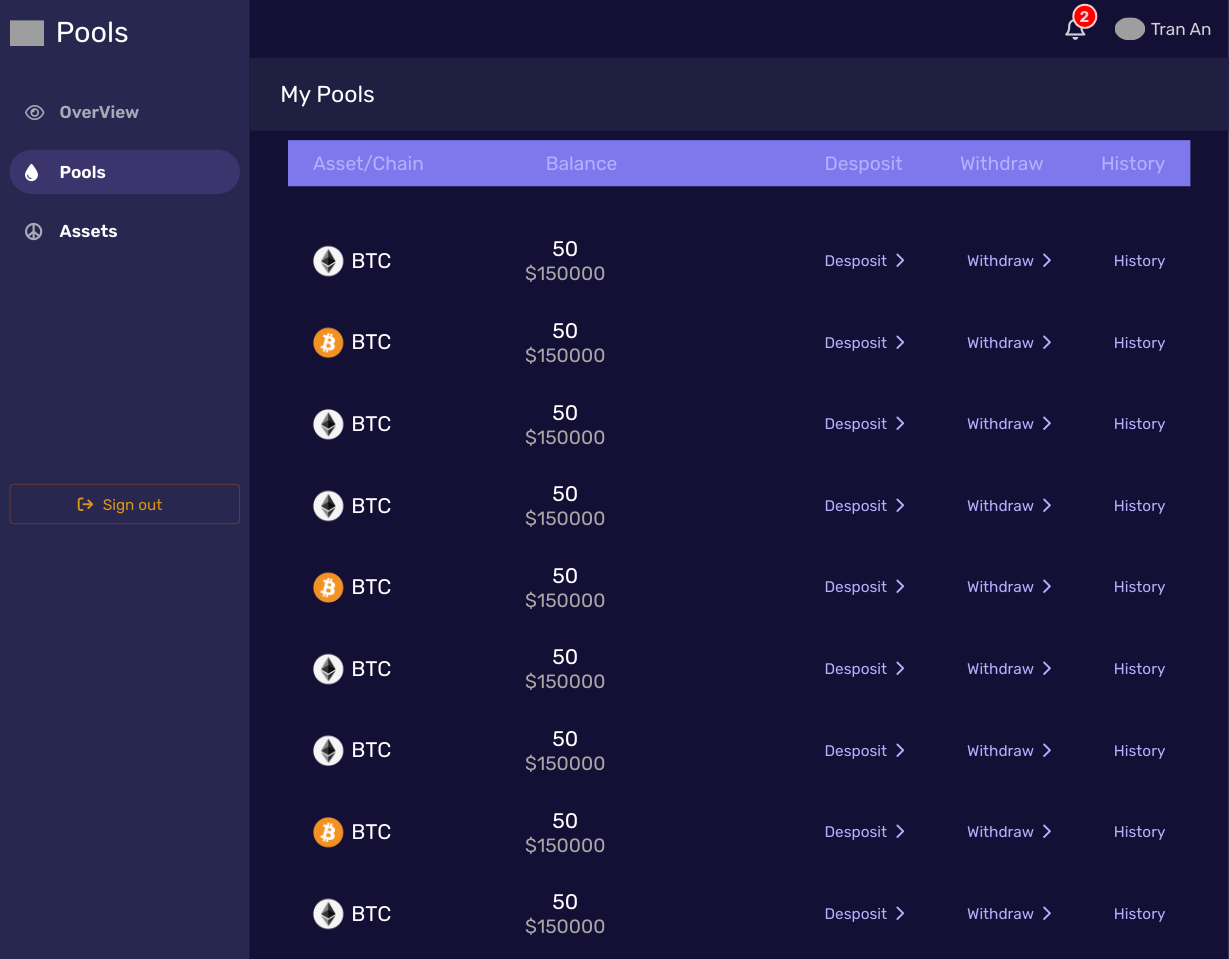
Repository: quynh232000/pools
Page: index.html
An editor plug-in stored every save of this project. The page is shown before and after the next save, followed by the edit.
The browser window is 1280 px wide. The pictures show the whole page, at 96% of full size.
The pointer rests on the first visible `.content-nav`.
Pictures or frames that could not be fetched are drawn as grey boxes.

Above is the page before, as saved 2023-07-13 22:32:43.

### index.html
<!DOCTYPE html>
<html lang="en">
  <head>
    <meta charset="UTF-8" />
    <meta name="viewport" content="width=device-width, initial-scale=1.0" />
    <title>Document</title>

    <link rel="stylesheet" href="./src/css/base.css" />
    <link rel="stylesheet" href="./src/css/style.css" />
    <link
      rel="stylesheet"
      href="https://cdnjs.cloudflare.com/ajax/libs/font-awesome/6.4.0/css/all.min.css"
      integrity="sha512-iecdLmaskl7CVkqkXNQ/ZH/XLlvWZOJyj7Yy7tcenmpD1ypASozpmT/E0iPtmFIB46ZmdtAc9eNBvH0H/ZpiBw=="
      crossorigin="anonymous"
      referrerpolicy="no-referrer"
    />
  </head>
  <body>
    <div class="container">
      <div class="sidebar">
        <div class="sidebar-logo">
          <img src="https://sef-eco.vercel.app/assets/images/logo.png" alt="" />
          <span>Pools</span>
        </div>
        <div class="sidebar-items">
          <div class="sidebar-list">
            <div class="sidebar-item">
              <i class="fa-regular fa-eye"></i>
              <div class="sidebar-item-name">OverView</div>
            </div>
            <div class="sidebar-item sidebar-item-active">
              <i class="fa-solid fa-droplet"></i>
              <a href="/pool.html" class="sidebar-item-name">Pools</a>
            </div>
            <div class="sidebar-item">
              <i class="fa-solid fa-peace"></i>
              <a href="/index.html" class="sidebar-item-name">Assets</a>
            </div>
          </div>

          <div class="sidebar-sign-out">
            <i class="fa-solid fa-arrow-right-from-bracket"></i>
            <div class="sidebar-item-name">Sign out</div>
          </div>
        </div>
      </div>
      <div class="content">
        <div class="header">
          <div class="header-noti">
            <i class="fa-regular fa-bell"></i>
            <div class="header-noti-count">2</div>
          </div>
          <div class="header-user">
            <img
              src="https://static.vecteezy.com/system/resources/previews/002/002/257/original/beautiful-woman-avatar-character-icon-free-vector.jpg"
              alt=""
            />
            <div class="header-user-name">Tran An</div>
          </div>
        </div>
        <!-- body -->
        <div class="content-title">My Pools</div>
        <div class="content-body">
          <div class="content-list">
            <!-- nav -->
            <div class="content-nav">
              <div class="nav-left">
                <div class="nav-left-info">
                  <div class="nav-left-name nav-text">Asset/Chain</div>
                </div>
                <div class="nav-left-balance">
                  <span class="nav-text">Balance</span>
                </div>
                <!-- Coin name -->
              </div>
              <div class="nav-right">
                <span class="nav-text">Desposit </span>
                <span class="nav-text">Withdraw </span>
                <span class="nav-text">History</span>
              </div>
            </div>

            <div class="content-list-body">
              <div class="content-nav">
                <div class="nav-left">
                  <div class="nav-left-info">
                    <img src="./src/img/eth.png" alt="" />
                    <div class="nav-left-name">BTC</div>
                  </div>
                  <div class="nav-left-balance">
                    <span>50</span>
                    <span>$150000</span>
                  </div>
                  <!-- Coin name -->
                </div>
                <div class="nav-right">
                  <span
                    >Desposit <i class="fa-solid fa-chevron-right"></i
                  ></span>
                  <span
                    >Withdraw <i class="fa-solid fa-chevron-right"></i
                  ></span>
                  <span>History</span>
                </div>
              </div>
              <div class="content-nav">
                <div class="nav-left">
                  <div class="nav-left-info">
                    <img src="./src/img/btc (1).png" alt="" />
                    <div class="nav-left-name">BTC</div>
                  </div>
                  <div class="nav-left-balance">
                    <span>50</span>
                    <span>$150000</span>
                  </div>
                  <!-- Coin name -->
                </div>
                <div class="nav-right">
                  <span
                    >Desposit <i class="fa-solid fa-chevron-right"></i
                  ></span>
                  <span
                    >Withdraw <i class="fa-solid fa-chevron-right"></i
                  ></span>
                  <span>History</span>
                </div>
              </div>
              <div class="content-nav">
                <div class="nav-left">
                  <div class="nav-left-info">
                    <img src="./src/img/eth.png" alt="" />
                    <div class="nav-left-name">BTC</div>
                  </div>
                  <div class="nav-left-balance">
                    <span>50</span>
                    <span>$150000</span>
                  </div>
                  <!-- Coin name -->
                </div>
                <div class="nav-right">
                  <span
                    >Desposit <i class="fa-solid fa-chevron-right"></i
                  ></span>
                  <span
                    >Withdraw <i class="fa-solid fa-chevron-right"></i
                  ></span>
                  <span>History</span>
                </div>
              </div>
              <div class="content-nav">
                <div class="nav-left">
                  <div class="nav-left-info">
                    <img src="./src/img/eth.png" alt="" />
                    <div class="nav-left-name">BTC</div>
                  </div>
                  <div class="nav-left-balance">
                    <span>50</span>
                    <span>$150000</span>
                  </div>
                  <!-- Coin name -->
                </div>
                <div class="nav-right">
                  <span
                    >Desposit <i class="fa-solid fa-chevron-right"></i
                  ></span>
                  <span
                    >Withdraw <i class="fa-solid fa-chevron-right"></i
                  ></span>
                  <span>History</span>
                </div>
              </div>
              <div class="content-nav">
                <div class="nav-left">
                  <div class="nav-left-info">
                    <img src="./src/img/btc (1).png" alt="" />
                    <div class="nav-left-name">BTC</div>
                  </div>
                  <div class="nav-left-balance">
                    <span>50</span>
                    <span>$150000</span>
                  </div>
                  <!-- Coin name -->
                </div>
                <div class="nav-right">
                  <span
                    >Desposit <i class="fa-solid fa-chevron-right"></i
                  ></span>
                  <span
                    >Withdraw <i class="fa-solid fa-chevron-right"></i
                  ></span>
                  <span>History</span>
                </div>
              </div>
              <div class="content-nav">
                <div class="nav-left">
                  <div class="nav-left-info">
                    <img src="./src/img/eth.png" alt="" />
                    <div class="nav-left-name">BTC</div>
                  </div>
                  <div class="nav-left-balance">
                    <span>50</span>
                    <span>$150000</span>
                  </div>
                  <!-- Coin name -->
                </div>
                <div class="nav-right">
                  <span
                    >Desposit <i class="fa-solid fa-chevron-right"></i
                  ></span>
                  <span
                    >Withdraw <i class="fa-solid fa-chevron-right"></i
                  ></span>
                  <span>History</span>
                </div>
              </div>
              <div class="content-nav">
                <div class="nav-left">
                  <div class="nav-left-info">
                    <img src="./src/img/eth.png" alt="" />
                    <div class="nav-left-name">BTC</div>
                  </div>
                  <div class="nav-left-balance">
                    <span>50</span>
                    <span>$150000</span>
                  </div>
                  <!-- Coin name -->
                </div>
                <div class="nav-right">
                  <span
                    >Desposit <i class="fa-solid fa-chevron-right"></i
                  ></span>
                  <span
                    >Withdraw <i class="fa-solid fa-chevron-right"></i
                  ></span>
                  <span>History</span>
                </div>
              </div>
              <div class="content-nav">
                <div class="nav-left">
                  <div class="nav-left-info">
                    <img src="./src/img/btc (1).png" alt="" />
                    <div class="nav-left-name">BTC</div>
                  </div>
                  <div class="nav-left-balance">
                    <span>50</span>
                    <span>$150000</span>
                  </div>
                  <!-- Coin name -->
                </div>
                <div class="nav-right">
                  <span
                    >Desposit <i class="fa-solid fa-chevron-right"></i
                  ></span>
                  <span
                    >Withdraw <i class="fa-solid fa-chevron-right"></i
                  ></span>
                  <span>History</span>
                </div>
              </div>
              <div class="content-nav">
                <div class="nav-left">
                  <div class="nav-left-info">
                    <img src="./src/img/eth.png" alt="" />
                    <div class="nav-left-name">BTC</div>
                  </div>
                  <div class="nav-left-balance">
                    <span>50</span>
                    <span>$150000</span>
                  </div>
                  <!-- Coin name -->
                </div>
                <div class="nav-right">
                  <span
                    >Desposit <i class="fa-solid fa-chevron-right"></i
                  ></span>
                  <span
                    >Withdraw <i class="fa-solid fa-chevron-right"></i
                  ></span>
                  <span>History</span>
                </div>
              </div>
            </div>
          </div>
        </div>
      </div>
    </div>
  </body>
</html>

### src/css/base.css
@import url('https://fonts.googleapis.com/css2?family=Rubik:wght@300;400;500;600;700&display=swap');
 :root{
    --primary-color:#fff;
    --text-color:#fff;
    --bg-color:#140f34;
    --bg-item-color:#282750;

 }
*{
    box-sizing: inherit;
}
html,body{
    box-sizing: border-box;
    margin: 0;
    padding: 0;
    font-family: 'Rubik', sans-serif;
    color: var(--text-color);
}
a{
    color: white;
    text-decoration: none;
}

### src/css/style.css
.container{
    width: 100%;
    min-height: 100vh;
    background-color: var(--bg-color);
    display: flex;
}
.sidebar{
    width: 20%;
    min-width: 260px;
    max-width: 400px;
    display: flex;
    flex-direction: column;
    min-height: 100vh;
    background-color: var(--bg-item-color);
}
.sidebar-logo{
    display: flex;
    width: 100%;
    align-items: center;
    padding: 16px 10px;
}
.sidebar-logo img{
    width: 15%;
}
.sidebar-logo span{
    font-size: 30px;
    color: var(--primary-color);
    margin-left: 12px;

}
.sidebar-items{
    padding: 26px 10px;
    display: flex;
    flex-direction: column;
    justify-content: space-between;
    min-height: 70vh;
}
.sidebar-list{

}
.sidebar-item{
    font-size: 18px;
    display: flex;
    align-items: center;
    padding: 12px 16px;
    border-radius: 40px;
    color: rgb(255 255 255/.6);
    margin-bottom: 16px;
    font-weight: 600;
    transition: color .3s;
}
.sidebar-item:hover{
    cursor: pointer;
    color: rgb(255 255 255/.8);
}
.sidebar-item-active{
    background-color:#3c356d ;
    color: var(--text-color);
}
.sidebar-item i{
    min-width: 36px;
}
.sidebar-sign-out{
    display: flex;
    align-items: center;
    color: rgb(218, 149, 23);
    text-align: center;
    border: 1px solid rgba(202, 98, 12,.4);
    justify-content: center;
    padding-right: 10px;
    border-radius: 4px;
    transition: color border .3s;
}
.sidebar-sign-out:hover{
    cursor: pointer;
    color: rgb(253, 166, 5);
    border: 1px solid rgba(202, 98, 12,.5);
}
.sidebar-sign-out i{
    margin-right: 10px;
    padding: 12px 0;
}

.content{
    width: 85%;
    min-height: 100vh;
    /* background-color: var(--bg-color); */
}
.header{
    display: flex;
    justify-content: flex-end;
    padding: 18px;
    color: rgb(255 255 255/.8);
    align-items: center;
}
.header-user{
    display: flex;
    align-items: center;
    font-size: 18px;

}
.header-user img {
    width: 32px;
    border-radius: 50%;
    margin-right: 6px;
}
.header-noti{
    display: flex;
    margin-right: 30px;
    font-size: 20px;
    position: relative;
    font-size: 24px;
}
.header-noti-count{
    width: 26px;
    height: 26px;
    position: absolute;
    top: -14px;
    left: 7px;
    border: 2px solid  rgb(255 255 255/.8);
    text-align: center;
    border-radius: 50%;
    font-size: 16px;
    display: flex;
    align-items: center;
    justify-content: center;
    background-color: var(--bg-color);
    background-color: red;
    font-weight: 600;

}
.content-title{
    background-color: #1f1f42;
    padding: 24px 32px;
    font-size: 24px;
}
.content-list{
    display: flex;
    flex-direction: column;
    align-items: center;
    padding: 0 40px;
}
.content-list-body{
    width: 100%;
    margin-top: 20px;

}
.content-nav{
    width: 100%;
    display: flex;
    justify-content: space-between;
    padding: 12px 26px;
    margin: 10px 0;
    transition: background-color .3s ;
}
.content-nav:hover{
    background-color: #7d79ed;
}
.nav-left{
    width: 50%;
    display: flex;
    align-items: center;
    justify-content: space-between;
    font-size: 22px;

}
.nav-left-info{
    display: flex;
    align-items: center;
}
.nav-left-info img{
    width: 32px;
    margin-right: 8px;
}
.nav-left-name{
    font-size: 22px;
}
.nav-left-balance{
    display: flex;
    flex-direction: column;
    align-items: center;
    flex: 1;
}
.nav-left-balance span:nth-child(2){
    font-size: 20px;
    color: #a8a8a8;
}


.nav-right{
    width: 40%;
    display: flex;
    justify-content: space-between;
    align-items: center;
    color: #b3b1fd;
}
.nav-right span{
    transition: color .3s;
}
.nav-right span i{
    font-size: 16px !important;
    margin-left: 4px;
}
.nav-right span:hover{
    color:#f8c2b0;
    cursor: pointer;
}
.nav-text{
    color: #b3b1fd;
    font-size: 20px;
}
.nav-right .nav-tex:hover{
    color: #b3b1fd !important;
    cursor: no-drop;
}

After the next save:
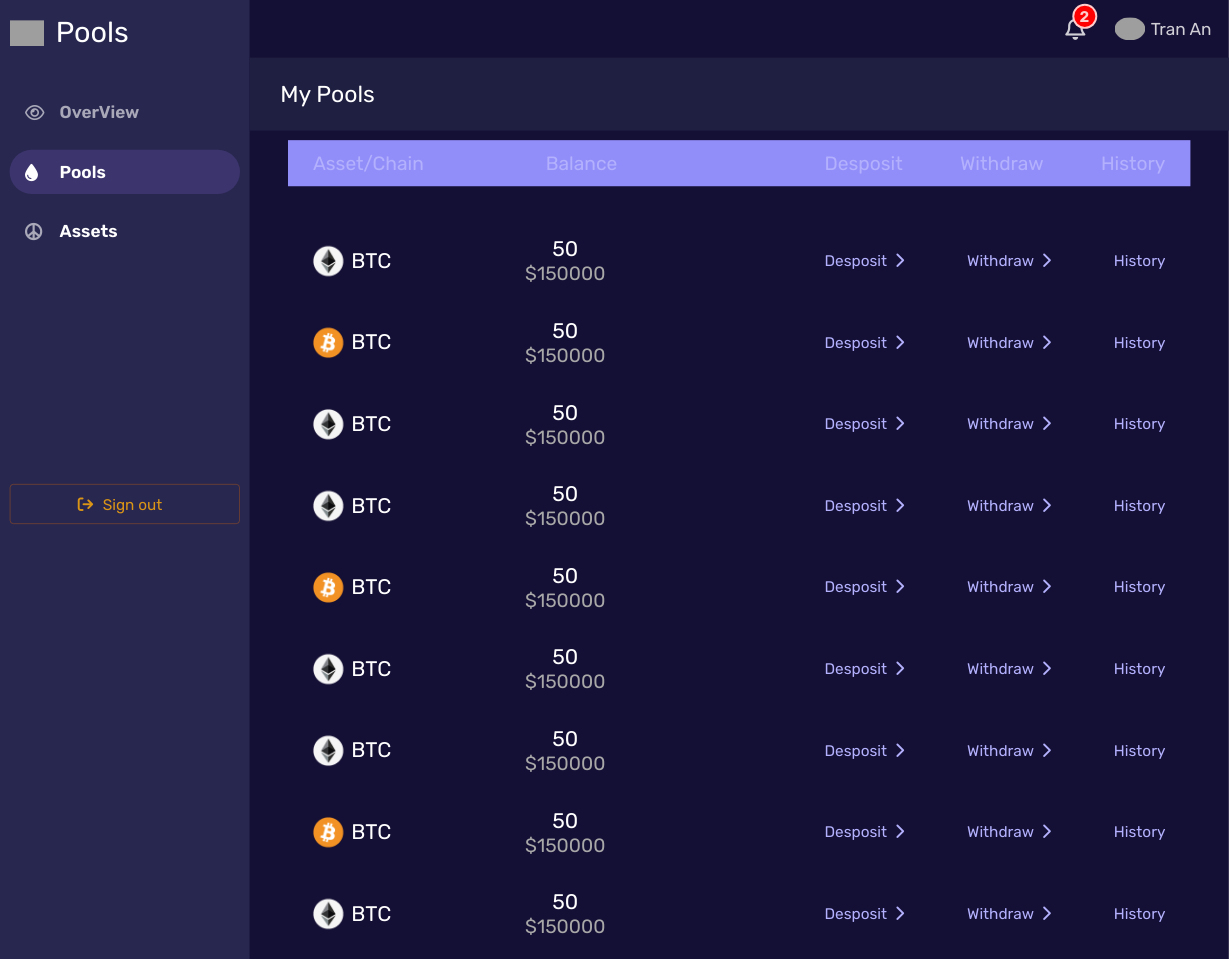
Saved 11 s later.
--- a/src/css/style.css
+++ b/src/css/style.css
@@ -154,7 +154,7 @@
     transition: background-color .3s ;
 }
 .content-nav:hover{
-    background-color: #7d79ed;
+    background-color: #928ef9;
 }
 .nav-left{
     width: 50%;
